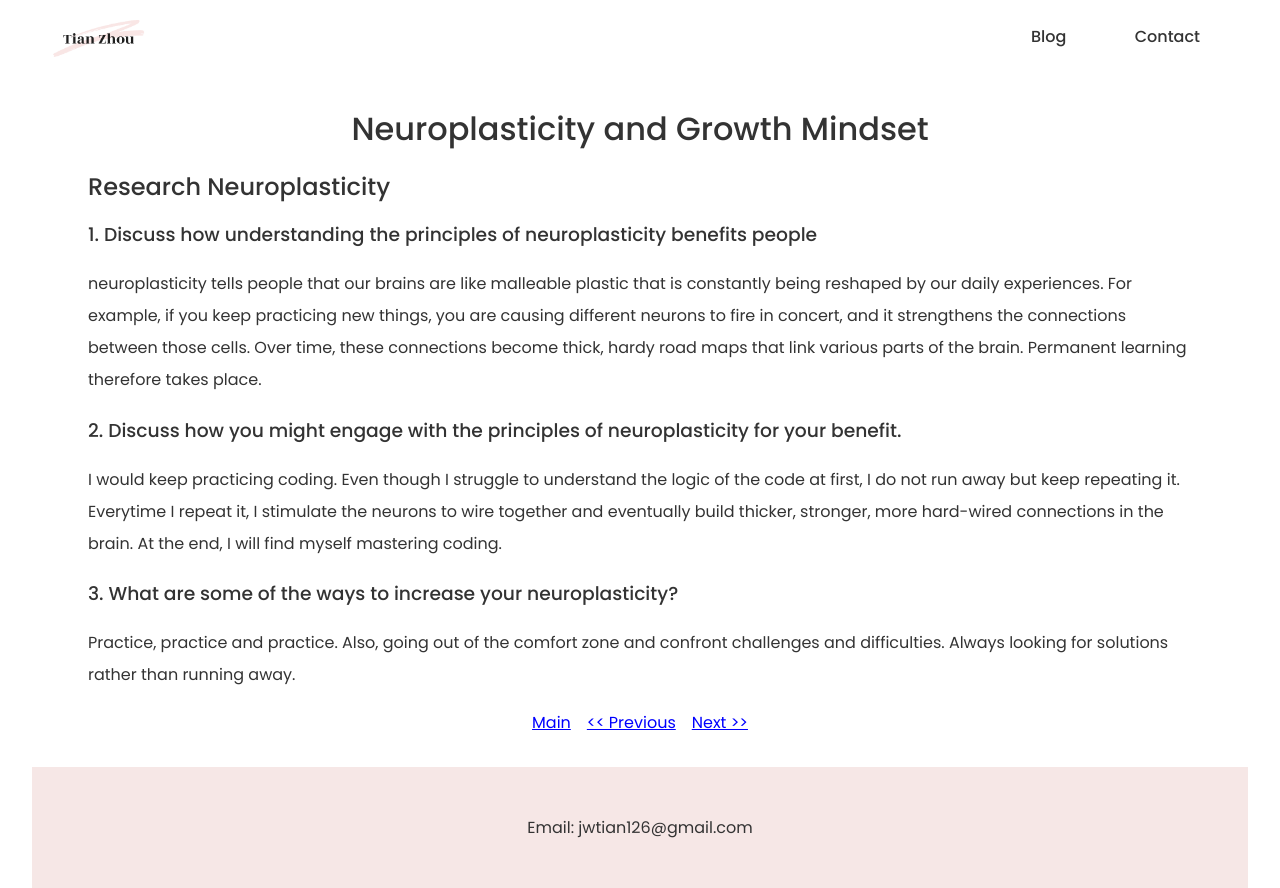
Repository: Tiaanz/Tiaanz.github.io
Page: blog/neuroplasticity.html
These files come from the project's save history. The page is drawn as it stood at one moment and after the next save; the edit follows.
The browser window is 1280 px wide. The pictures show the whole page.

Above is the page before, as saved 2023-01-30 14:30:43.

After the next save:
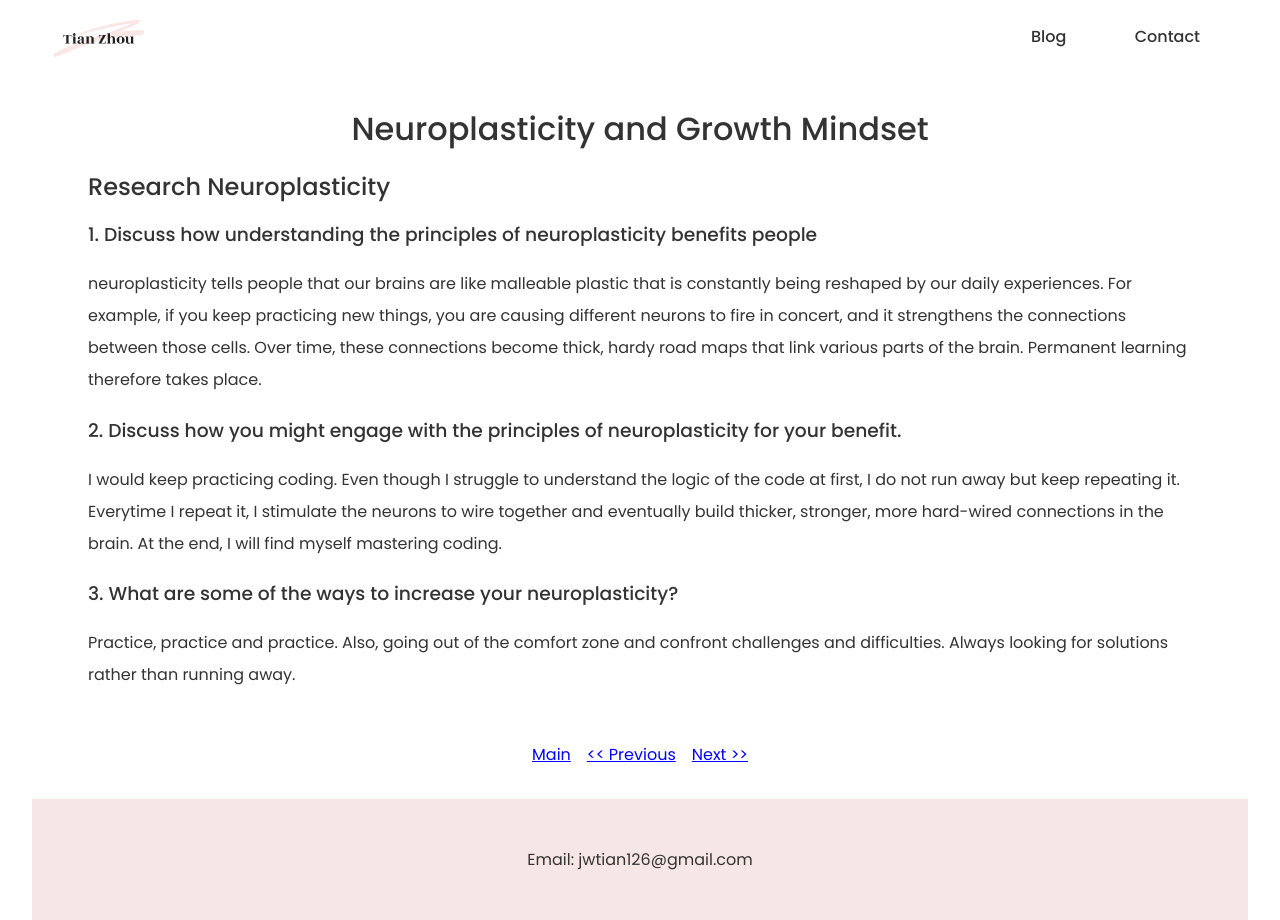
Saved 14 s later.
--- a/blog/neuroplasticity.html
+++ b/blog/neuroplasticity.html
@@ -36,7 +36,7 @@
             <p>I would keep practicing coding. Even though I struggle to understand the logic of the code at first, I do not run away but keep repeating it. Everytime I repeat it, I stimulate the neurons to wire together and eventually build thicker, stronger, more hard-wired connections in the brain. At the end, I will find myself mastering coding.</p>
             <h3>3. What are some of the ways to increase your neuroplasticity?</h3>
             <p>Practice, practice and practice. Also, going out of the comfort zone and confront challenges and difficulties. Always looking for solutions rather than running away.</p>
-
+            <h3></h3>
             <div class="page-nav">
                 <a href="../index.html">Main</a>
                 <a href="./emotional-intelligence.html"> &lt&lt Previous</a>
